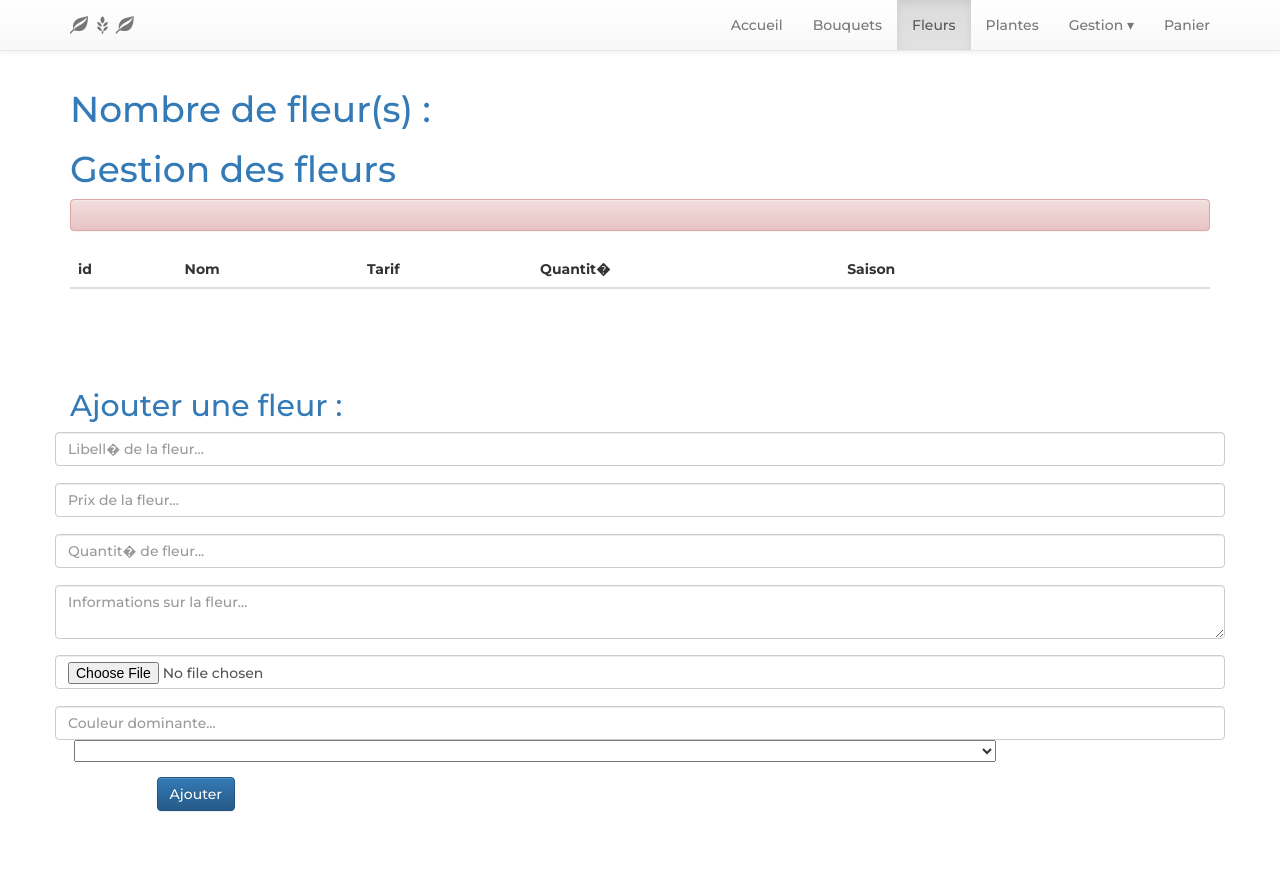
Repository: JeremT8/JavaFleuristeProject
Page: tp-fleuriste/src/main/webapp/bouquet-detail.html
The author's editor kept a copy of each file at every save. The page is drawn from the files as they stood at one save, then again after the next save.
The browser window is 1280 px wide. The pictures show the whole page.
The page's requests for data from a server got no answer. Some web libraries are served in a nearby version.

Above is the page before, as saved 2022-05-18 08:35:43.

### tp-fleuriste/src/main/webapp/bouquet-detail.html
<!DOCTYPE html>
<html>
<head>
<meta charset="UTF-8">
<title>Flow Hearts</title>
<link rel="stylesheet"
	href="https://maxcdn.bootstrapcdn.com/bootstrap/3.3.7/css/bootstrap.min.css">
<link rel="stylesheet"
	href="https://maxcdn.bootstrapcdn.com/bootstrap/3.3.7/css/bootstrap-theme.min.css">
<script
	src="https://ajax.googleapis.com/ajax/libs/jquery/3.1.1/jquery.min.js"></script>
<script
	src="https://maxcdn.bootstrapcdn.com/bootstrap/3.3.7/js/bootstrap.min.js"></script>
<link rel="apple-touch-icon" sizes="76x76" href="/apple-touch-icon.png">
<link rel="icon" type="image/png" sizes="32x32"
	href="/favicon-32x32.png">
<link rel="icon" type="image/png" sizes="16x16"
	href="/favicon-16x16.png">
<link rel="manifest" href="/site.webmanifest">
<link rel="mask-icon" href="/safari-pinned-tab.svg" color="#5bbad5">
<meta name="msapplication-TileColor" content="#da532c">
<meta name="theme-color" content="#ffffff">
<link rel="stylesheet" href="css/commun.css">
<link rel="preconnect" href="https://fonts.googleapis.com">
<link rel="preconnect" href="https://fonts.gstatic.com" crossorigin>
<link href="https://fonts.googleapis.com/css2?family=Montserrat:wght@300;500;700&display=swap" rel="stylesheet">
<script src="./js/fleurs.js"></script>
</head>
<body>
	<nav class="navbar navbar-default navbar-fixed-top">
		<div class="container">
			<div class="navbar-header">
				<a href="index.html" class="navbar-brand active"> <span
					class="glyphicon glyphicon-leaf rotate-leaf"></span> <span
					class="glyphicon glyphicon-grain"></span> <span
					class="glyphicon glyphicon-leaf"></span>
				</a>
				<button class="navbar-toggle" type="button" data-toggle="collapse"
					data-target="#navbar-main">
					<span class="icon-bar"></span> <span class="icon-bar"></span> <span
						class="icon-bar"></span>
				</button>
			</div>
			<div class="navbar-collapse collapse" id="navbar-main">
				<ul class="nav navbar-nav navbar-right">
					<li><a href="index.html">Accueil</a></li>
					<li><a href="bouquets.html">Bouquets</a></li>
					<li class="active"><a href="fleurs.html">Fleurs</a></li>
					<li><a href="plantes.html">Plantes</a></li>
					<li class="nav-item dropdown"><a
						class="nav-link dropdown-toggle" href="#" id="navbarDropdown"
						role="button" data-toggle="dropdown" aria-haspopup="true"
						aria-expanded="false"> Gestion ▾ </a>
						<div class="dropdown-menu" aria-labelledby="navbarDropdown">
							<a class="dropdown-item" href="plantes.html">Plantes</a>
							<div class="dropdown-divider"></div>
							<a class="dropdown-item" href="fleurs.html">Fleurs</a>
							<div class="dropdown-divider"></div>
							<a class="dropdown-item" href="bouquets.html">Bouquets</a>
							<div class="dropdown-divider"></div>
							<a class="dropdown-item" href="saisons.html">Saisons</a>
							<div class="dropdown-divider"></div>
							<a class="dropdown-item" href="styles.html">Styles</a>
						</div></li>
					<li><a  href="panier.html"> Panier</a></li>
				</ul>
			</div>
		</div>
	</nav>
<body>
	<div class="container">
		<h1 class="bleu">
			Nombre de fleur(s) : <span id="nbFleur"></span>
		</h1>
		<h1 class="bleu">Gestion des fleurs</h1>

		<div class="alert alert-danger d-none" id="errorFleurs"></div>

		<table class="table table-hover table-striped">
			<thead>
				<tr>
					<th>id</th>
					<th>Nom</th>
					<th>Tarif</th>
					<th>Quantit�</th>
					<th>Saison</th>
					<th>&nbsp;</th>
					<th>&nbsp;</th>
				</tr>
			</thead>
			<tbody id="tbodyliste">
			</tbody>

		</table>

		<br> <br> <br>
		<h2 class="bleu">Ajouter une fleur :</h2>
		<div>
			<form class="form-horizontal">
				<div class="form-group">
					<div class="div-form-input mb-3">
						<input type="text"
							id="nomFleur" class="form-control"
							placeholder="Libell� de la fleur..." aria-label="Username"
							aria-describedby="basic-addon1">
					</div>
					<div class="div-form-input mb-3">
						<input type="number"
							id="tarifFleur" class="form-control"
							placeholder="Prix de la fleur..." aria-label="Username"
							aria-describedby="basic-addon1">
					</div>
					<div class="div-form-input mb-3">
						<input
							type="number" id="quantiteFleur" class="form-control"
							placeholder="Quantit� de fleur..." aria-label="Username"
							aria-describedby="basic-addon1">
					</div>
					<div class="div-form-input mb-3">

						<textarea class="form-control" id="infoFleur"
							placeholder="Informations sur la fleur..."
							aria-label="With textarea"></textarea>
					</div>
					<div class="div-form-input mb-3">
						<input type="file"
							id="urlImageFleur" class="form-control"
							placeholder="URL de l'image..." aria-label="Username"
							aria-describedby="basic-addon1">
					</div>
					<div class=" mb-3">
						<input
							type="text" id="couleurFleur" class="form-control"
							placeholder="Couleur dominante..." aria-label="Username"
							aria-describedby="basic-addon1">
					</div>
					<div class="form-group">
						<div class="col-xs-10">
							<select id="saison" class="form-select" aria-label="multiple select example">

							</select>
						</div>
					</div>

					<div class="col-xs-2 mt-2">
						<button type="button" id="bAjoutFleur"
							class="btn btn-primary pull-right mt-2">Ajouter</button>
					</div>
				</div>

			</form>
		</div>
	</div>
</body>
</html>

### tp-fleuriste/src/main/webapp/css/commun.css
body {
	padding-top: 70px;
	padding-bottom: 70px;
	font-family: 'Montserrat', sans-serif !important;

}

.navbar-foot {
	width: 100%;
}

.rouge {
	color: red;
}

.vert {
	color: green;
}

.bleu, .glyphicon-shopping-cart {
	color: #337ab7;
}
.gros{
	font-size: 1.0em;
	padding-left: 15px;
	padding-right: 15px;
}
.glyphicon-menu-up, .glyphicon-menu-down{
	font-size: 0.7em;
}
.supp, .modif, .tri{
/* 	cursor:crosshair;	 */
	cursor:pointer;
}

textarea.noresize{
	resize: none;
}

#map{
	width : 100%;
	height : 400px;
	border : 1px solid #337ab7;
}

.icon-flipped {
transform: scaleX(-1);
-moz-transform: scaleX(-1);
-webkit-transform: scaleX(-1);
-ms-transform: scaleX(-1);
}


.bottle{
	display: inline-block !important;
}

a.dropdown-item {
	color: black;
	text-decoration: none;
	width:100%;
	margin: 4% auto;
}

.open > .dropdown-menu  {
	display: flex;
	flex-wrap: wrap;
	flex-direction: column;
	text-align: center;
	letter-spacing: 2px;
}


.input-form {
	margin:0.8em;
}

.div-form-input {
	margin: 0% 0% 1.2em 0%;
}

select#saison, select#style {
	width: 95%;
	margin: 0% 2% 0% 2%;
}

#content {
	display: flex;
	justify-content: space-around;
	flex-wrap: wrap;
}

.card {
	box-shadow: 1px 1px 1px grey;
	border-color: black !important;
	border-radius: 5%;
	margin: 2%;
	display: flex;
	flex-direction: column;
	align-items: center;
	text-align: center;
}

.card-img-top {
	max-width: 400px;
	max-height: 400px;
}


.card-title {
	font-size: 1.2em;
	font-weight: bold;
}

.tarif-card {
	color: green;
	font-weight: bold;
	font-size: 1.4rem;
}

### tp-fleuriste/src/main/webapp/js/fleurs.js
$(function() {
	getFleurs();
	getSaisons();
	$("#bAjoutFleur").on("click", ajouterFleur);
});

function getFleurs() {
	$.get("http://localhost:8080/tp-fleuriste/rs/fleurs", afficherFleurs);
}

function getSaisons() {
	$.get("http://localhost:8080/tp-fleuriste/rs/saisons", function(saisons) {

		var data = "";
		saisons.forEach(function(s) {
			data += "<option value=" + s.id + ">" + s.libelle + "</option>";
		});

		$("#saison").html(data);

	});
}
function afficherFleurs(fleurs) {
	var data = "";
	$("#nbFleur").html(fleurs.length);
	fleurs.forEach(function(f) {
		var tr = "<tr>";
		tr += "<td>" + f.id + "</td>";
		tr += "<td><button onclick='afficheFleur(" + f.id + ")' type='button' class='btn btn-link'>" + f.nom + "</button></td>";
		tr += "<td>" + f.tarif + "</td>";
		tr += "<td>" + f.quantite + "</td>";
		tr += "<td>" + f.saison.libelle + "</td>";
		tr += "<td class='centre'><button onclick='modifFleur(" + f.id + ")' type='button' class='btn btn-xs btn-success'>Modifier</button></td>";
		tr += "<td class='centre'><button onclick='suppFleur(" + f.id + ")' type='button' class='btn btn-xs btn-danger'>Supprimer</button></td>";
		tr += "</tr>";

		data += tr;
	})
	$("#tbodyliste").html(data);
}

function ajouterFleur() {

	var data = {
		nom: $("#nomFleur").val(),
		tarif: $("#tarifFleur").val(),
		quantite: $("#quantiteFleur").val(),
		description: $("#infoFleur").val(),
		image: $("#urlImageFleur").val(),
		couleur: $("#couleurFleur").val(),
		saison: {
			id: $("#saison").val()
		},
	}


	$.ajax({
		type: 'post',
		url: 'http://localhost:8080/tp-fleuriste/rs/fleurs',
		data: JSON.stringify(data),
		contentType: "application/json;charset=utf-8",
		success: function() {
			window.location = "fleurs.html";
		}
	})
		.fail(function() {
			$("#errorFleurs").css("display", "block");
			$("#errorFleurs").html("Une erreur est survenue lors de l'ajout");
		})
}

function afficheFleur(id) {
	window.location = "fleur-detail.html?id=" + id;
}

function modifFleur(id) {
	window.location = "modiffleur.html?id=" + id;
}

function suppFleur(id) {
	$.ajax({
		type: 'delete',
		url: 'http://localhost:8080/tp-fleuriste/rs/fleurs/' + id,
		success: function() {
			getFleurs();
		}
	})
		.fail(function() {
			$("#errorFleurs").css("display", "block");
			$("#errorFleurs").html("Une erreur est survenue lors de la suppression");
		})
}

After the next save:
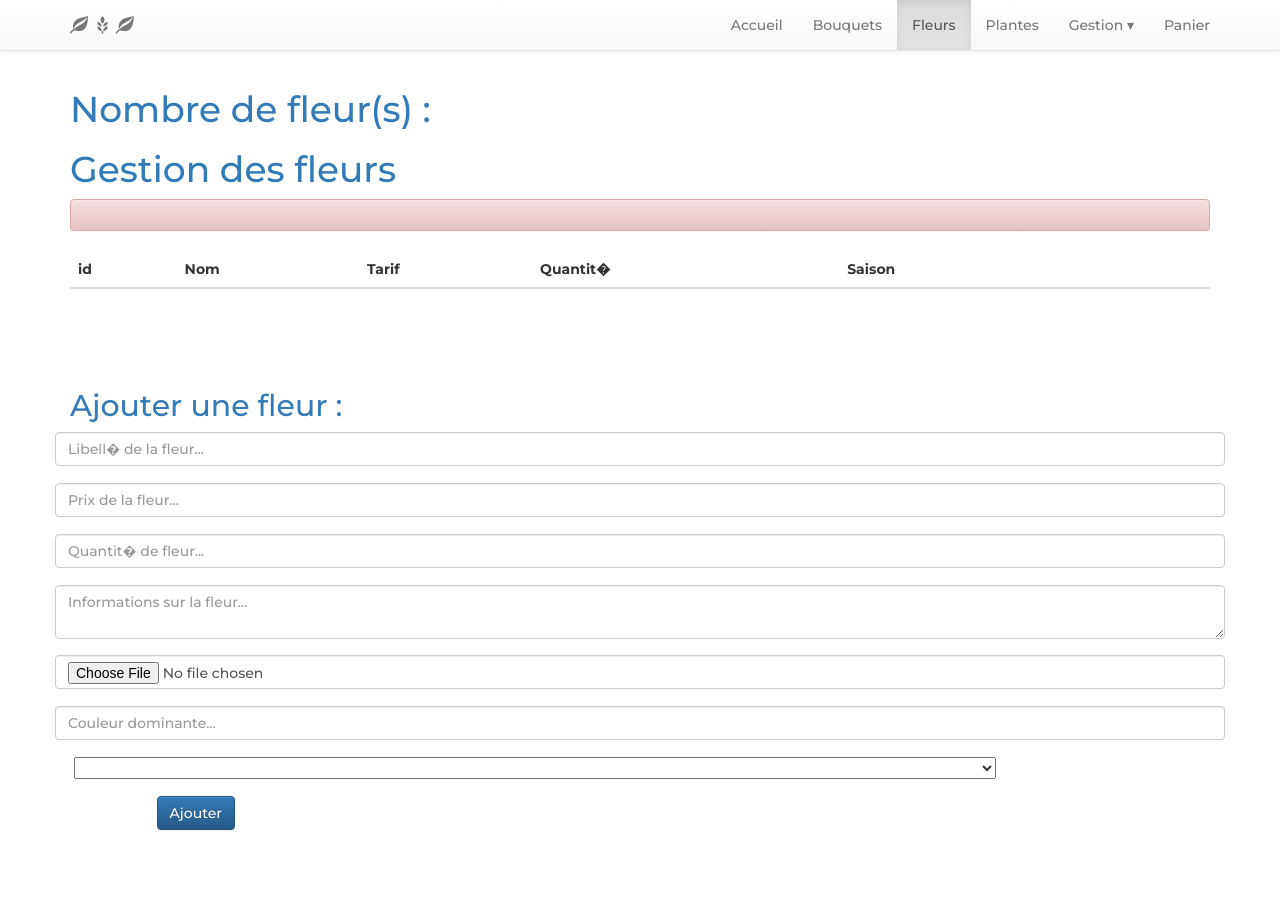
Saved 9 s later.
--- a/tp-fleuriste/src/main/webapp/bouquet-detail.html
+++ b/tp-fleuriste/src/main/webapp/bouquet-detail.html
@@ -128,13 +128,13 @@
 							placeholder="URL de l'image..." aria-label="Username"
 							aria-describedby="basic-addon1">
 					</div>
-					<div class=" mb-3">
+					<div class="div-form-input mb-3">
 						<input
 							type="text" id="couleurFleur" class="form-control"
 							placeholder="Couleur dominante..." aria-label="Username"
 							aria-describedby="basic-addon1">
 					</div>
-					<div class="form-group">
+					<div class="div-form-input form-group">
 						<div class="col-xs-10">
 							<select id="saison" class="form-select" aria-label="multiple select example">
 
